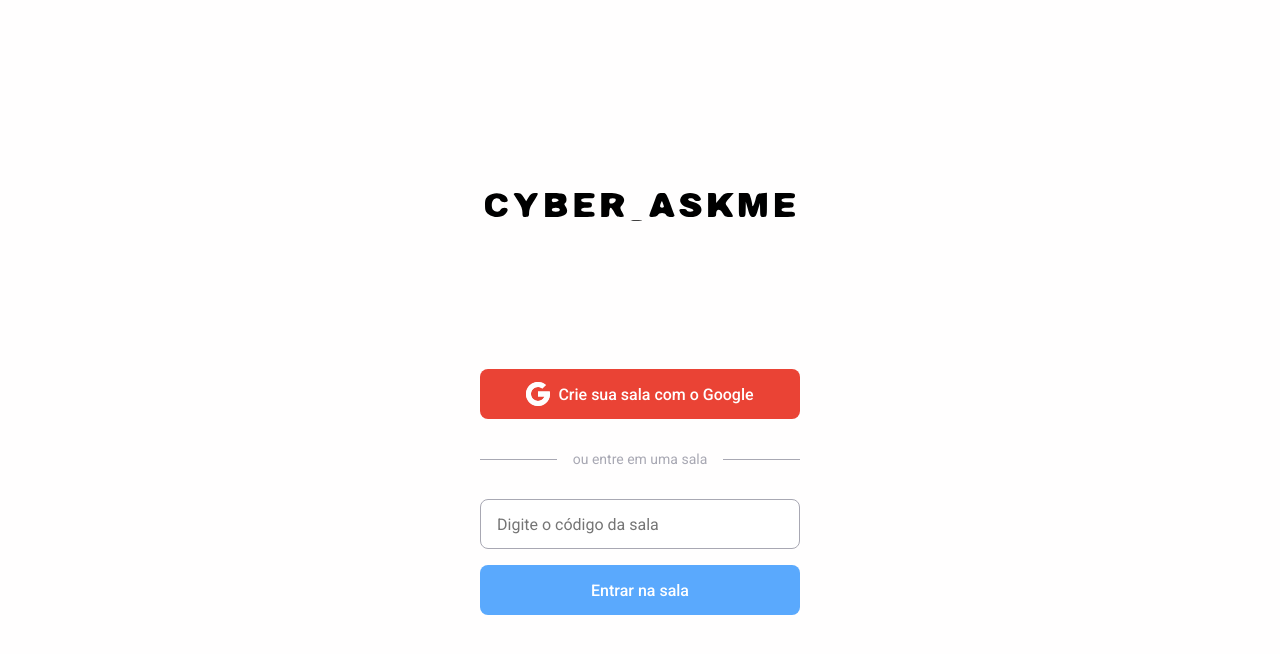
Repository: DevSecOpsRodrigo/cyberx
Page: /
These files come from the project's save history. The page is drawn as it stood at one moment and after the next save; the edit follows.
The browser window is 1280 px wide. The pictures show the whole page.
The project was rebuilt for these pictures with package versions that can differ from the ones it lists, and the page was loaded fresh each time. Also part of the build but not shown: src/pages/NewRoom.tsx, src/components/Question/styles.scss, src/components/Question/index.tsx, src/styles/room-code.scss, src/components/RoomCode.tsx, src/hooks/useRoom.ts, src/styles/room.scss, src/pages/Room.tsx and 1 more.

Above is the page before, as saved 2021-07-19 05:03:50.

After the next save:
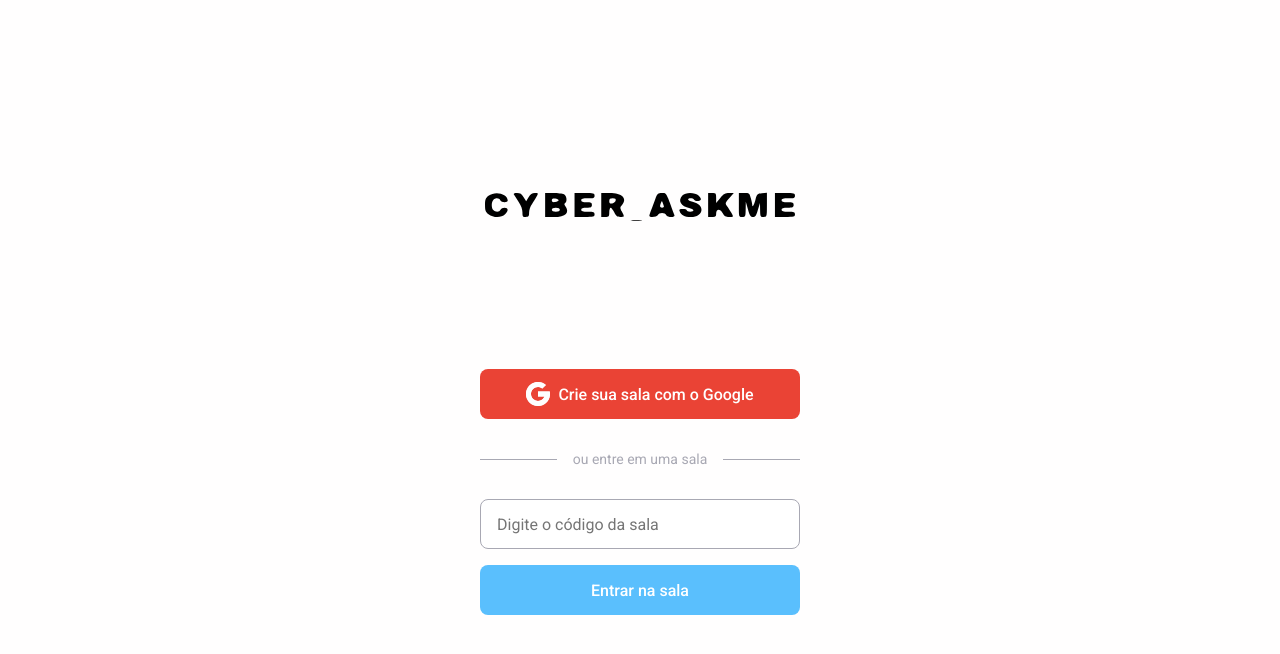
Saved 8 s later.
--- a/src/styles/button.scss
+++ b/src/styles/button.scss
@@ -2,7 +2,7 @@
   height: 50px;
   border-radius: 8px;
   font-weight: 500;
-  background: #5aa9fd;
+  background: #5abffd;
   color: #FFF;
   padding: 0 32px;
 
